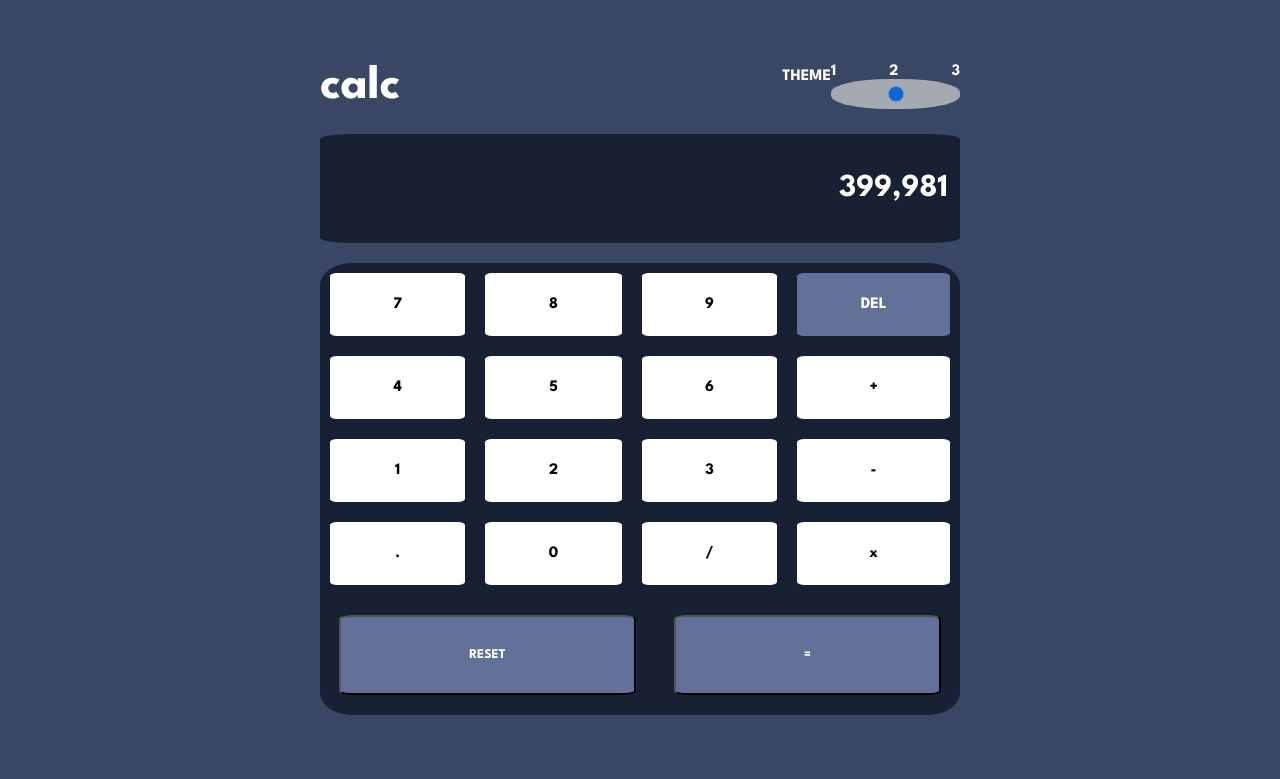
Repository: DevLaukey/calc-with-css-js
Page: index.html
These files come from the project's save history. The page is drawn as it stood at one moment and after a run of saves; the edit follows.
The browser window is 1280 px wide. The pictures show the whole page.

Above is the page before, as saved 2022-05-18 14:39:39.

After the next 2 saves:
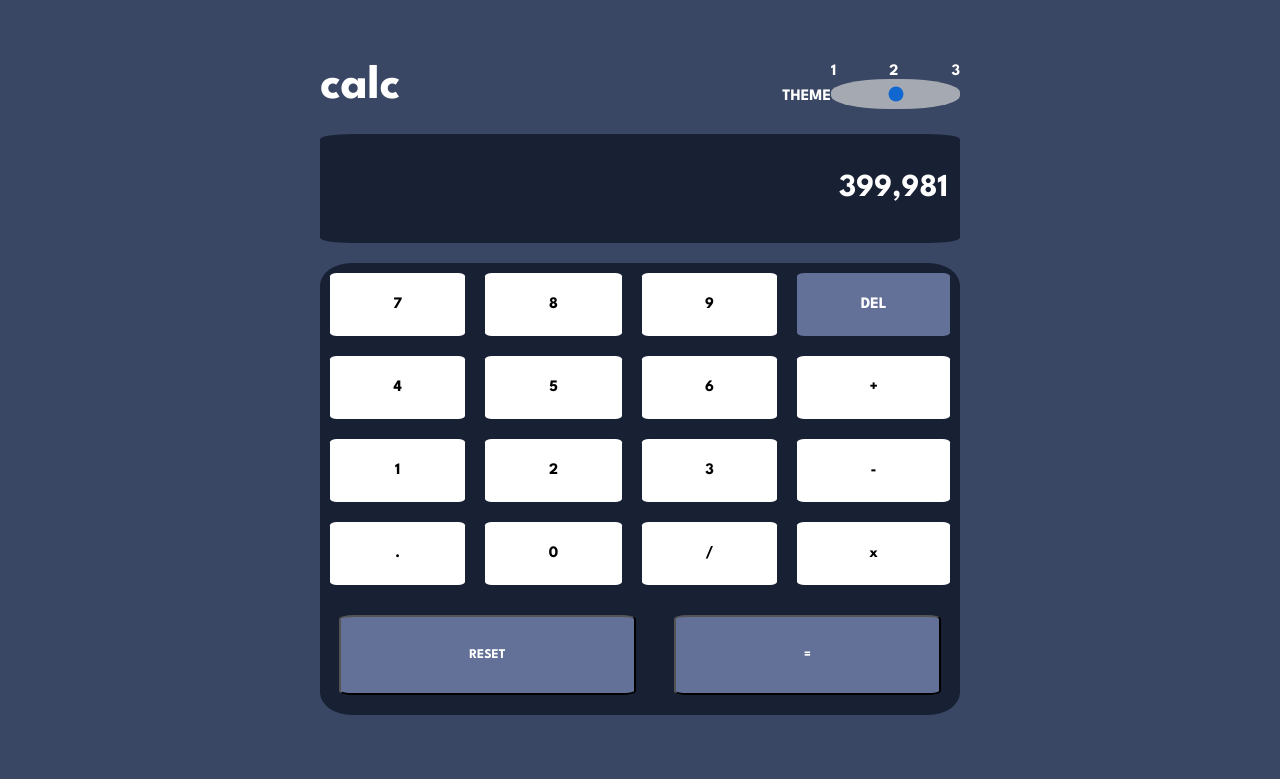
The 2 saves are shown as one change because they came seconds apart.
The last was saved 13 s later.
--- a/styles.css
+++ b/styles.css
@@ -36,7 +36,7 @@ body {
 
 }
 .calculator__theme{
-    margin-top: 5px;
+    margin-top: 25px;
 }
 .calculator__smallText{
     display: flex;
